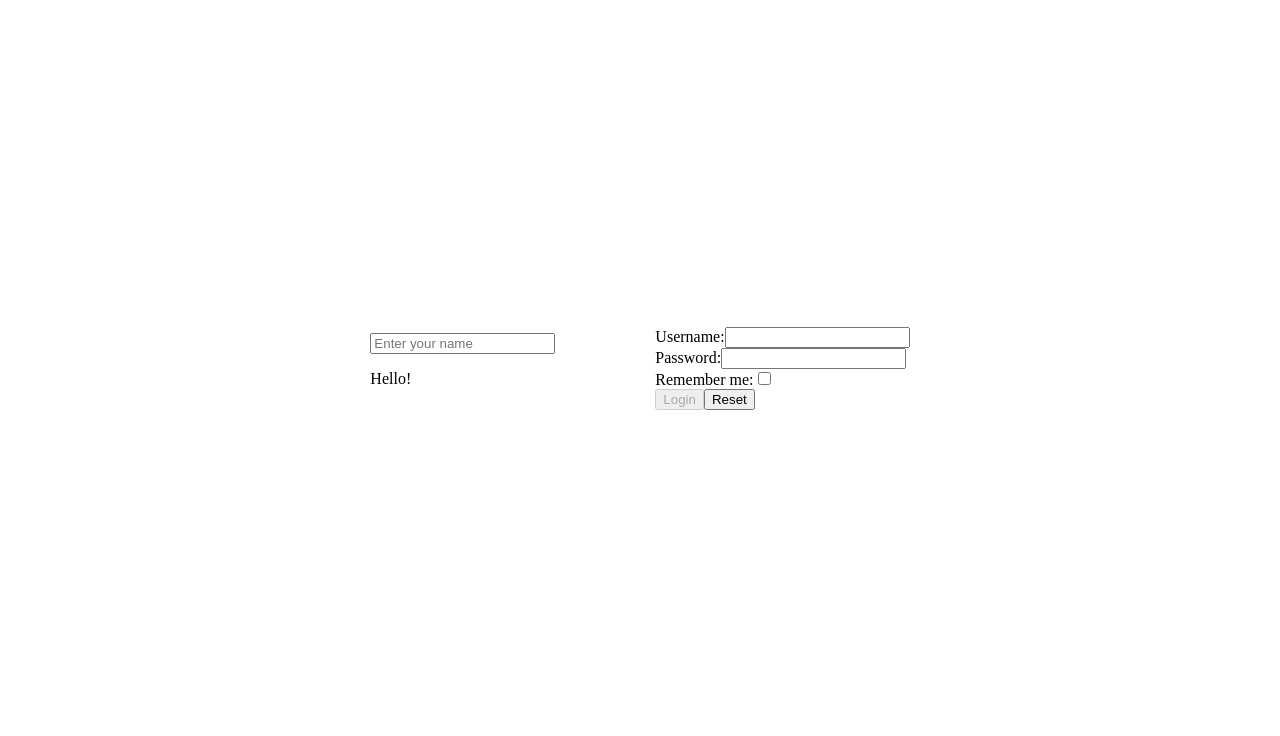
Repository: CryptoFamilyNFT/develhope
Page: / (app in vite/v1/)
An editor plug-in stored every save of this project. The page is shown before and after the next save, followed by the edit.
The browser window is 1280 px wide. The pictures show the whole page.
The project was rebuilt for these pictures with package versions that can differ from the ones it lists, and the page was loaded fresh each time. Also part of the build but not shown: vite/v1/vite.config.js, vite/v1/src/components/AlertClock.jsx, vite/v1/src/components/Chat.jsx, vite/v1/src/components/Message.jsx, vite/v1/src/components/Hello.jsx.

Above is the page before, as saved 2025-02-12 11:32:03.

After the next save:
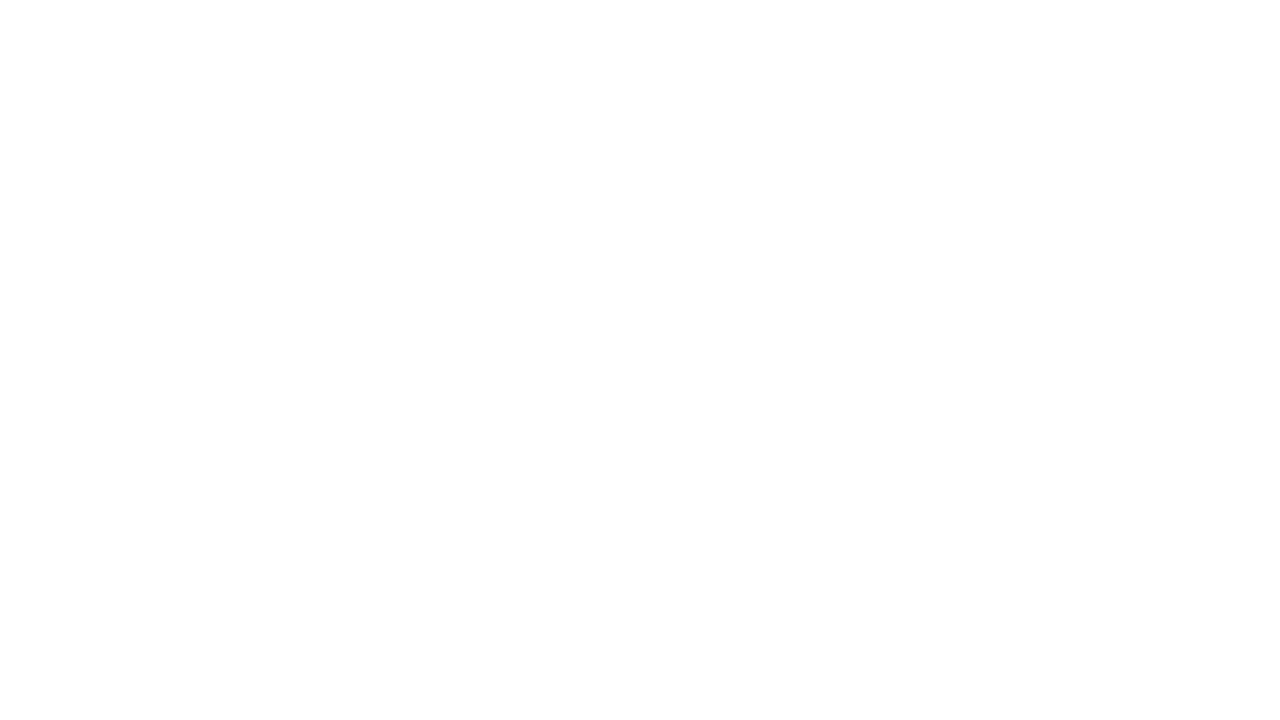
Console error: TypeError: alert is not a function
Saved 93 s later.
--- a/vite/v1/src/components/Welcome.jsx
+++ b/vite/v1/src/components/Welcome.jsx
@@ -1,6 +1,6 @@
 /* eslint-disable no-unused-vars */
 /* eslint-disable react/prop-types */
-import  { useState } from 'react';
+import { useState } from 'react';
 
 function Welcome({ name }) {
   return (
@@ -58,44 +58,49 @@
   };
 
   return (
-    <form onSubmit={handleLogin}>
-      <div>
-        <label>
-          Username:
-          <input
-            type="text"
-            value={username}
-            onChange={(e) => setUsername(e.target.value)}
-          />
-        </label>
-      </div>
-      <div>
-        <label>
-          Password:
-          <input
-            type="password"
-            value={password}
-            onChange={(e) => setPassword(e.target.value)}
-          />
-        </label>
-      </div>
-      <div>
-        <label>
-          Remember me:
-          <input
-            type="checkbox"
-            checked={remember}
-            onChange={(e) => setRemember(e.target.checked)}
-          />
-        </label>
-      </div>
-      <button type="submit" disabled={!username || !password}>
-        Login
-      </button>
-      <button type="button" onClick={handleReset}>
-        Reset
-      </button>
-    </form>
+    <div>
+      <form onSubmit={handleLogin}>
+        <div>
+          <label>
+            Username:
+            <input
+              type="text"
+              value={username}
+              onChange={(e) => setUsername(e.target.value)}
+            />
+          </label>
+        </div>
+        <div>
+          {!alert.message.trim() && (
+            alert(`${alert.type} alert: ${alert.message}`)
+          )}
+          <label>
+            Password:
+            <input
+              type="password"
+              value={password}
+              onChange={(e) => setPassword(e.target.value)}
+            />
+          </label>
+        </div>
+        <div>
+          <label>
+            Remember me:
+            <input
+              type="checkbox"
+              checked={remember}
+              onChange={(e) => setRemember(e.target.checked)}
+            />
+          </label>
+        </div>
+        <button type="submit" disabled={!username || !password}>
+          Login
+        </button>
+        <button type="button" onClick={handleReset}>
+          Reset
+        </button>
+      </form>
+    </div>
   );
 }
 

After the save that followed:
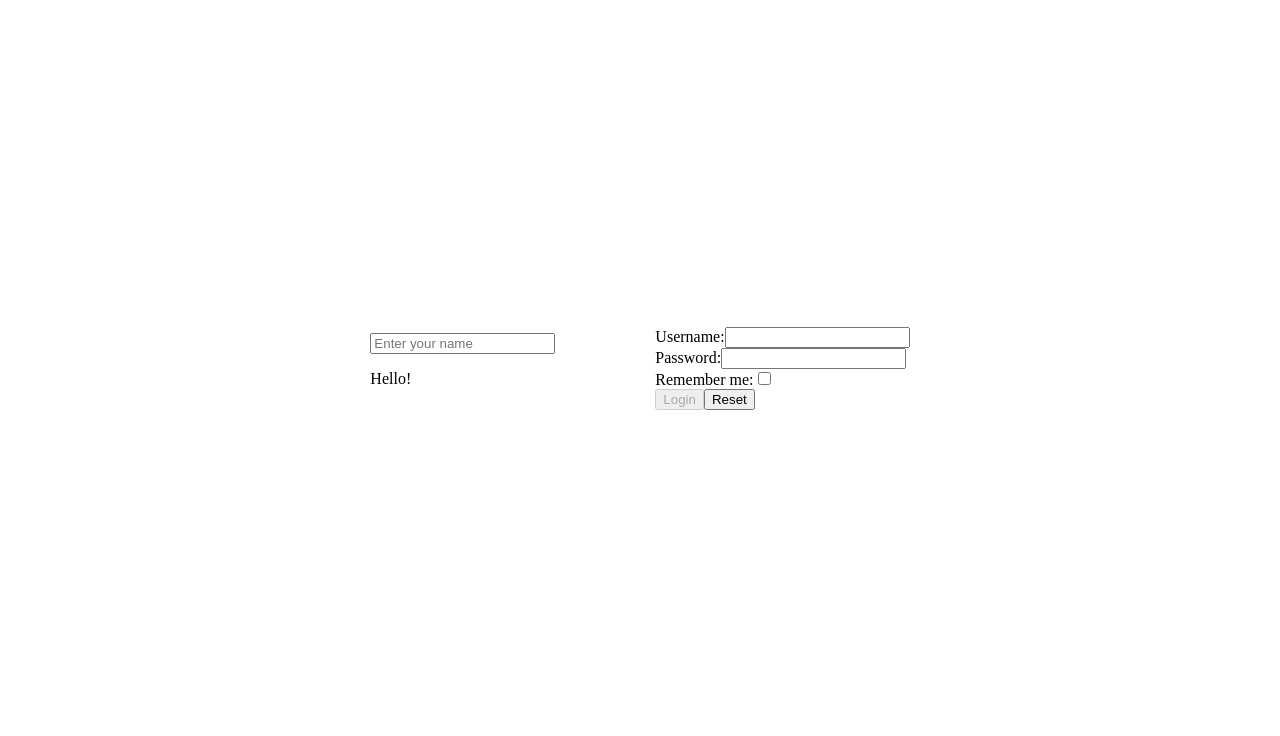
The error is gone.
Saved 40 s later.
--- a/vite/v1/src/components/Welcome.jsx
+++ b/vite/v1/src/components/Welcome.jsx
@@ -71,8 +71,10 @@
           </label>
         </div>
         <div>
-          {!alert.message.trim() && (
-            alert(`${alert.type} alert: ${alert.message}`)
+          {alert.message && (
+            <div className={`alert ${alert.type}`}>
+              {alert.message}
+            </div>
           )}
           <label>
             Password:
